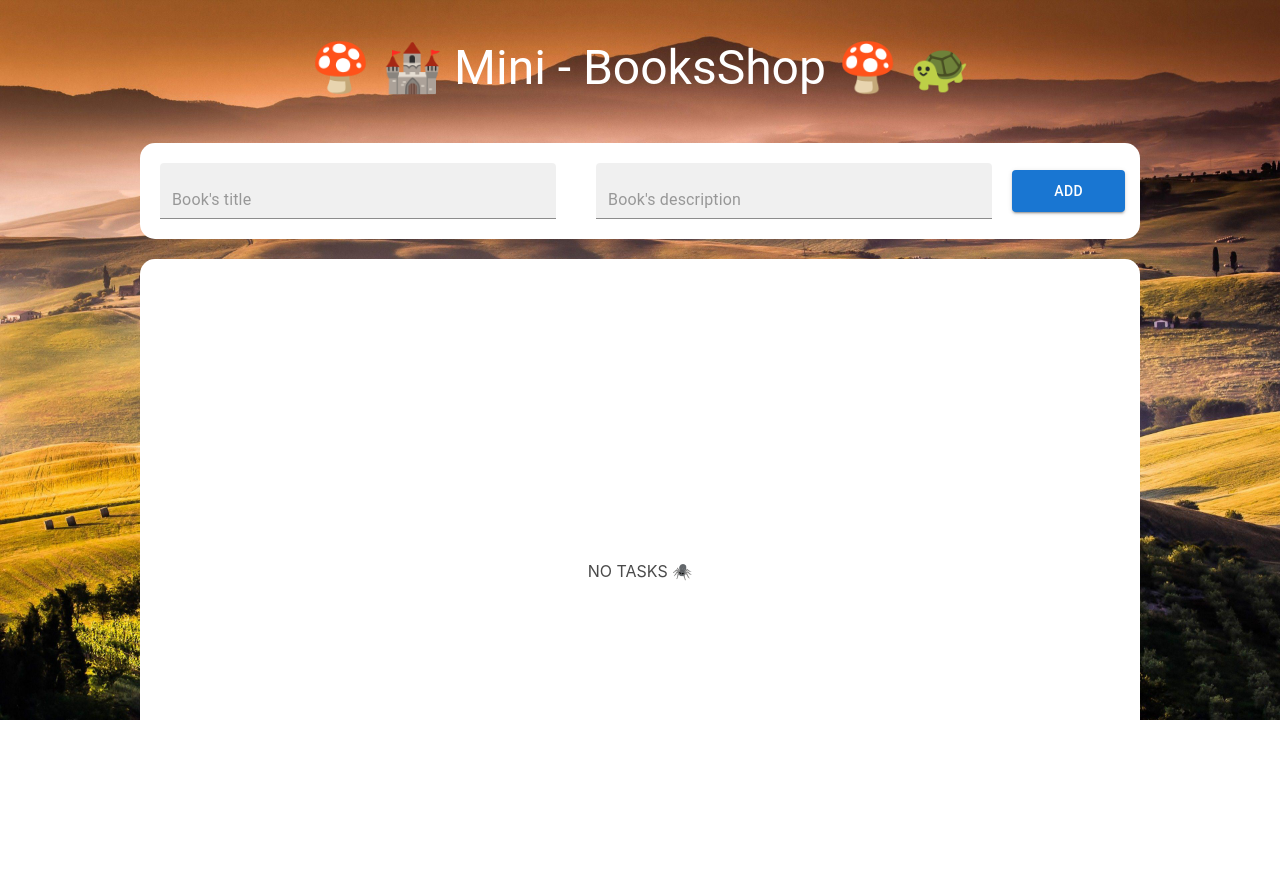
Repository: Tracy-maker/mini-bookshop
Page: /
The author's editor kept a copy of each file at every save. The page is drawn from the files as they stood at one save, then again after the next save.
The browser window is 1280 px wide. The pictures show the whole page.
The project was rebuilt for these pictures with package versions that can differ from the ones it lists, and the page was loaded fresh each time. Also part of the build but not shown: src/components/BookEdit.js, src/components/TaskShow.js.

Above is the page before, as saved 2023-09-21 16:21:23.

### src/index.js
import "./index.css";
import React from "react";
import ReactDOM from "react-dom/client";
import App from "./App";


const el = document.getElementById("root");
const root = ReactDOM.createRoot(el);

root.render(
  <React.StrictMode>
    <App />
  </React.StrictMode>
);

### src/App.js
import { useState, useEffect } from "react";
import CreateTask from "./components/CreateBook";
import TaskList from "./components/TaskList";
import { Box, Stack } from "@mui/material";
import styled from "styled-components";
import Typography from "@mui/material/Typography";
import Image1 from "./image/7.jpg";

const StyledContainer = styled(Stack)`
  height: 100vh;
  width: 100%;
  display: flex;
  align-items: stretch;
  padding-top: 30px;
  background-image: url(${Image1});
  background-size: cover;
  background-repeat: no-repeat;
  gap: 20px;
`;

const TaskForm = styled(Box)`
  margin-left: auto;
  margin-right: auto;
  width: 1000px;
  background-color: white;
  border-radius: 15px;

  @media (max-width: 768px) {
    width: 100%;
  }
`;
const Title = styled(Typography)`
  color: white;
  margin: auto;
  width: 100%;
  padding: 10px;
  text-align: center;
`;

function App() {
  const [tasks, setTasks] = useState(() => {
    const localValue = localStorage.getItem("tasks");
    if (localValue == null) return [];
    return JSON.parse(localValue);
  });

  useEffect(() => {
    localStorage.setItem("tasks", JSON.stringify(tasks));
  }, [tasks]);

  const createTask = (title, description) => {
    const newTask = {
      id: crypto.randomUUID(),
      title: title,
      description: description,
      status: "inProgress",
    };

    const existingTasks = JSON.parse(localStorage.getItem("tasks")) || [];
    existingTasks.push(newTask);
    localStorage.setItem("tasks", JSON.stringify(existingTasks));
    setTasks(existingTasks);
  };

  const deleteTasksById = (id) => {
    const existingTasks = JSON.parse(localStorage.getItem("tasks")) || [];
    const updatedTasks = existingTasks.filter((task) => {
      return task.id !== id;
    });
    localStorage.setItem("tasks", JSON.stringify(updatedTasks));
    setTasks(updatedTasks);
  };

  const editTaskById = (id, newTitle, newDescription) => {
    const existingTasks = JSON.parse(localStorage.getItem("tasks")) || [];
    const taskToEdit = existingTasks.findIndex((task) => task.id === id);

    if (taskToEdit) {
      const updatedTask = {
        ...taskToEdit,
        title: newTitle,
        description: newDescription,
      };

      const updatedTasks = existingTasks.map((task) =>
        task.id === id ? updatedTask : task
      );
      localStorage.setItem("tasks", JSON.stringify(updatedTasks));
      setTasks(updatedTasks);
    }
  };

  return (
    <StyledContainer>
      <Title variant="h3" gutterBottom>
        🍄 🏰 Mini - BooksShop 🍄 🐢
      </Title>
      <TaskForm>
        <CreateTask onCreate={createTask} />
      </TaskForm>
      <TaskForm>
        <TaskList
          tasks={tasks}
          onDelete={deleteTasksById}
          onEdit={editTaskById}
        />
      </TaskForm>
    </StyledContainer>
  );
}
export default App;

### src/components/CreateBook.js
import * as React from "react";
import Stack from "@mui/material/Stack";
import TextField from "@mui/material/TextField";
import Button from "@mui/material/Button";
import { useState } from "react";
import { styled } from "@mui/material";

const Input = styled(TextField)`
  padding:2%;
  width: 80%;
`;

const AddButton = styled(Button)`
  margin: auto;
  width: 20%;
  padding: 9px;
  text-align: center;
  margin-right: 15px;
`;

function CreateTask(props) {
  const [title, setTitle] = useState("");
  const [description, setDescription] = useState("");

  const handleChange = (event) => {
    const { name, value } = event.target;
    if (name === "title") {
      setTitle(value);
    } else if (name === "description") {
      setDescription(value);
    }
  };

  const handleSubmit = (event) => {
    event.preventDefault();
    if (title.trim() !== "" || description.trim() !== "") {
      props.onCreate( title, description );
      setTitle("");
      setDescription("");
    }
  };

  return (
    <Stack onSubmit={handleSubmit} component="form" direction="row">
      <Input
        name="title"
        value={title}
        onChange={handleChange}
        placeholder="Book's title"
        variant="filled"
      />
      <Input
        name="description"
        value={description}
        onChange={handleChange}
        placeholder="Book's description"
        variant="filled"
      />
      <AddButton type="submit" variant="contained">
        Add
      </AddButton>
    </Stack>
  );
}

export default CreateTask;

### src/components/TaskList.js
import React from "react";
import TaskShow from "./TaskShow";
import { Box } from "@mui/material";
import styled from "styled-components";

const Reminder = styled(Box)`
  text-align: center;
  padding: ${(props) => (props.noTasks ? "30%" : "0")};
`;

function TaskList(props) {
  const renderedTasksList = props.tasks.map((task) => {
    return (
      <TaskShow
        key={task.id}
        task={task}
        onDelete={props.onDelete}
        onEdit={props.onEdit}
        toggleCheckedBoxById={props.toggleCheckedBoxById}
      />
    );
  });

  return (
    <>
      <Reminder noTasks={props.tasks.length === 0}>
        {props.tasks.length === 0 && "NO TASKS 🕷️"}
      </Reminder>
      {renderedTasksList}
    </>
  );
}

export default TaskList;

Loaded but not shown: public/index.html (common file); src/index.css (library)

After the next save:
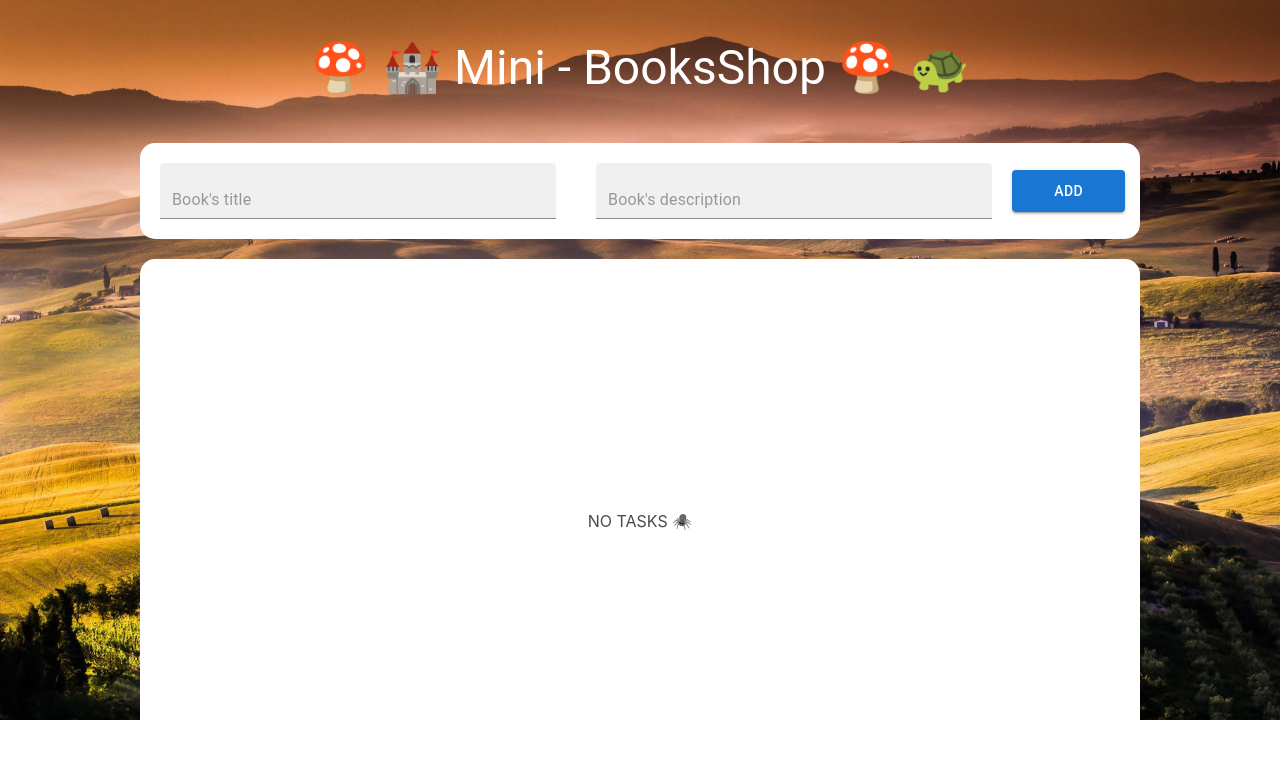
Saved 4 s later.
--- a/src/components/TaskList.js
+++ b/src/components/TaskList.js
@@ -5,7 +5,7 @@ import styled from "styled-components";
 
 const Reminder = styled(Box)`
   text-align: center;
-  padding: ${(props) => (props.noTasks ? "30%" : "0")};
+  padding: ${(props) => (props.noTasks ? "25%" : "0")};
 `;
 
 function TaskList(props) {
